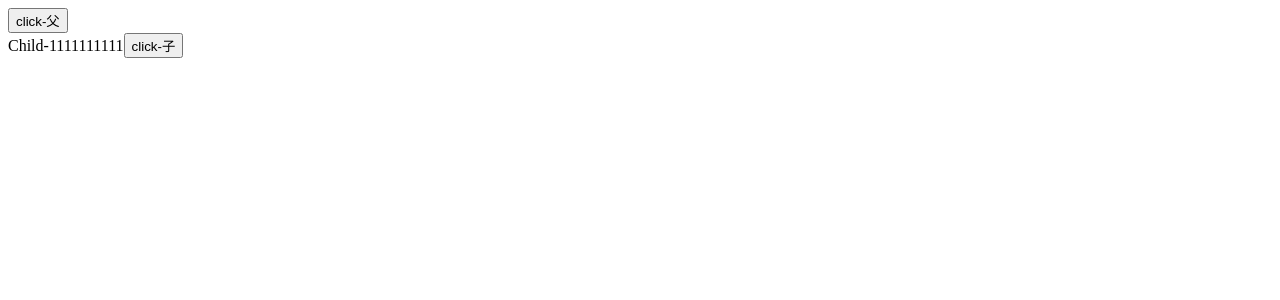
Repository: zenghao518518/React
Page: /
The author's editor kept a copy of each file at every save. The page is drawn from the files as they stood at one save, then again after the next save.
The browser window is 1280 px wide. The pictures show the whole page.
The project was rebuilt for these pictures with package versions that can differ from the ones it lists, and the page was loaded fresh each time.

Above is the page before, as saved 2023-07-26 14:34:41.

### src/index.js
import React from 'react';
//import ReactDOM from 'react-dom';
import ReactDOM from 'react-dom/client'
//import './01-base/01-class组件'
//ReactDOM.render(<div>111111</div>,document.getElementById('root'))                    //);
//import App from './01-base/01-class组件'
//import App from './01-base/02-函数式组件'
//import App from './01-base/03-组件的嵌套'
//import App from './01-base/04-组件的样式'
//import App from './01-base/05-事件绑定-1'
//import App from './01-base/06-事件绑定-2'
//import App from './01-base/07-ref'
//import App from './01-base/08-state'
//import App from './01-base/09-数组渲染'
//import App from './01-base/10-todolist'
//import App from './01-base/12-卖座选项卡'
//import App from './01-base/13-setState同步异步'
//import App from './01-base/14-betterScroll'
//import App from './01-base/15-betterscroll-cinema'
//import App from './01-base/16-prop'
//import App from './01-base/17-props函数式组件'
import App from './01-base/18-状态vs属性'
//import App from './01-base/19-非受控'
//import App from './01-base/20-受控'
let root = ReactDOM.createRoot(document.getElementById('root'));
//root.render(<div>111111</div>);
root.render(<React.StrictMode><App></App></React.StrictMode>);
//root.render(<App></App>);

### src/01-base/18-状态vs属性.js
import React, { Component } from "react";

class Child extends Component {
  render() {
    return (
      <div>
        Child-{this.props.text}
        <button
          onClick={() => {
            this.props.text="3333333333"

          }}
        >
          click-子
        </button>
      </div>
    );
  }
}

export default class App extends Component {
  state = {
    test: "1111111111",
  };

  render() {
    return (
      <div>
        <button
          onClick={() => {
            this.setState({
              test: "2222222",
            });
          }}
        >
          click-父
        </button>

        <Child text={this.state.test} />
      </div>
    );
  }
}

### src/01-base/19-非受控.js
import React, { Component } from 'react'

export default class App extends Component {
  myusername = React.createRef();
  render() {
    return (
      <div>
          <h1>登录页</h1>
          <input type="text" ref={this.myusername} defaultValue="zenghao"></input>
          <button onClick={()=>{
            console.log(this.myusername.current.value)
          }}>登录</button>
          <button onClick={()=>{
            this.myusername.current.value="";
          }}>重置</button>
      </div>
    )
  }
}

Loaded but not shown: public/index.html (common file)

After the next save:
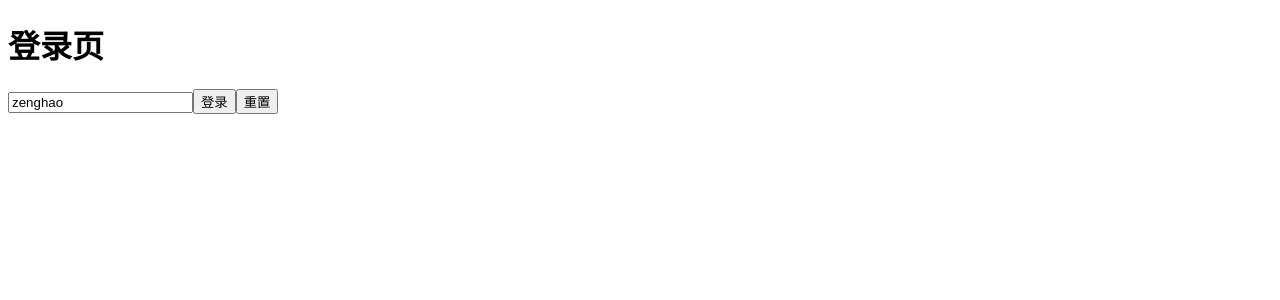
Saved 39 min 27 s later.
--- a/src/index.js
+++ b/src/index.js
@@ -19,8 +19,8 @@ import ReactDOM from 'react-dom/client'
 //import App from './01-base/15-betterscroll-cinema'
 //import App from './01-base/16-prop'
 //import App from './01-base/17-props函数式组件'
-import App from './01-base/18-状态vs属性'
-//import App from './01-base/19-非受控'
+//import App from './01-base/18-状态vs属性'
+import App from './01-base/19-非受控'
 //import App from './01-base/20-受控'
 let root = ReactDOM.createRoot(document.getElementById('root'));
 //root.render(<div>111111</div>);
